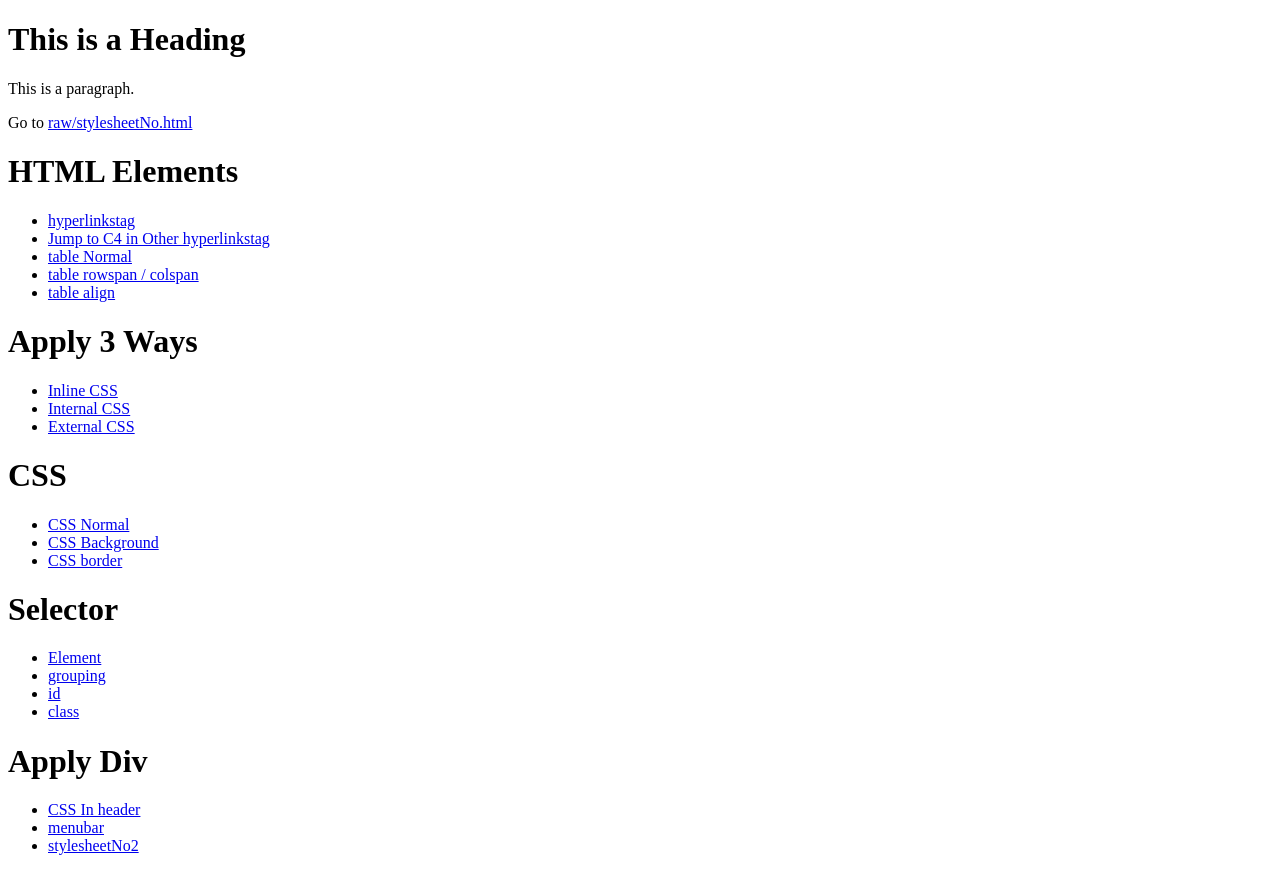
Repository: SanghunOh/learn_publising
Page: HtmlCss/WebContent/index.html
These files come from the project's save history. The page is drawn as it stood at one moment and after the next save; the edit follows.
The browser window is 1280 px wide. The pictures show the whole page.

Above is the page before, as saved 2018-05-06 03:29:10.

### HtmlCss/WebContent/index.html
<!DOCTYPE html>
<!-- HTML5 -->
<html>
<head>
<meta charset="UTF-8">
<title>Home</title>
</head>
<body>
	<h1>This is a Heading</h1>
	<p>This is a paragraph.</p>

	<p>Go to <a href="multiple/stylesheetNo.html">raw/stylesheetNo.html</a></p>

	<h1>HTML Elements</h1>
	<ul>
		<li><a href="htmlelements/hyperlinkstag.html">hyperlinkstag</a></li>
		<li><a href="htmlelements/hyperlinkstag.html#C4">Jump to C4 in Other hyperlinkstag</a></li>
		<li><a href="htmlelements/table_normal.html">table Normal</a></li>
		<li><a href="htmlelements/table_rowcolspan.html">table rowspan / colspan</a></li>
		<li><a href="htmlelements/table_align.html">table align</a></li>
	</ul>

	<h1>Apply 3 Ways</h1>
	<ul>
		<li><a href="3waysCSS/inline.html">Inline CSS</a></li>
		<li><a href="3waysCSS/internal.html">Internal CSS</a></li>
		<li><a href="3waysCSS/external.html">External CSS</a></li>
	</ul>

	<h1>CSS</h1>
	<ul>
		<li><a href="CascadingSS/css_normal.html">CSS Normal</a></li>
		<li><a href="CascadingSS/css_background.html">CSS Background</a></li>
		<li><a href="CascadingSS/css_border.html">CSS border</a></li>
	</ul>

	<h1>Selector</h1>
	<ul>
		<li><a href="selector/element.html">Element</a></li>
		<li><a href="selector/grouping.html">grouping</a></li>
		<li><a href="selector/id.html">id</a></li>
		<li><a href="selector/class.html">class</a></li>
	</ul>

	<h1>Apply Div</h1>
	<ul>
		<li><a href="applyDiv/cssinheader.html">CSS In header</a></li>
		<li><a href="applyDiv/menubar.html">menubar</a></li>
		<li><a href="applyDiv/stylesheetNo2.html">stylesheetNo2</a></li>
	</ul>

</body>
</html>

After the next save:
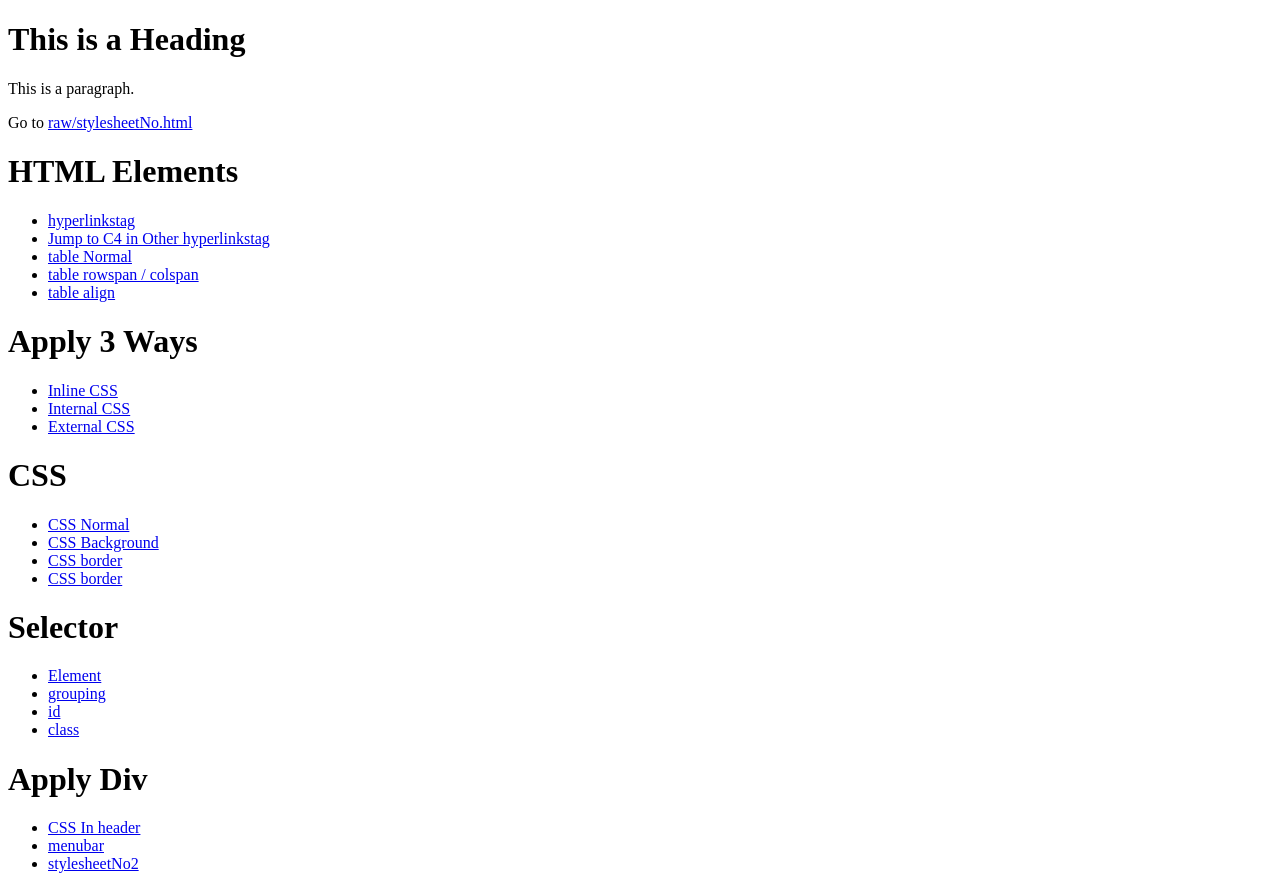
Saved 31 s later.
--- a/HtmlCss/WebContent/index.html
+++ b/HtmlCss/WebContent/index.html
@@ -32,6 +32,7 @@
 		<li><a href="CascadingSS/css_normal.html">CSS Normal</a></li>
 		<li><a href="CascadingSS/css_background.html">CSS Background</a></li>
 		<li><a href="CascadingSS/css_border.html">CSS border</a></li>
+		<li><a href="CascadingSS/css_marginpadding.html">CSS border</a></li>
 	</ul>
 
 	<h1>Selector</h1>
